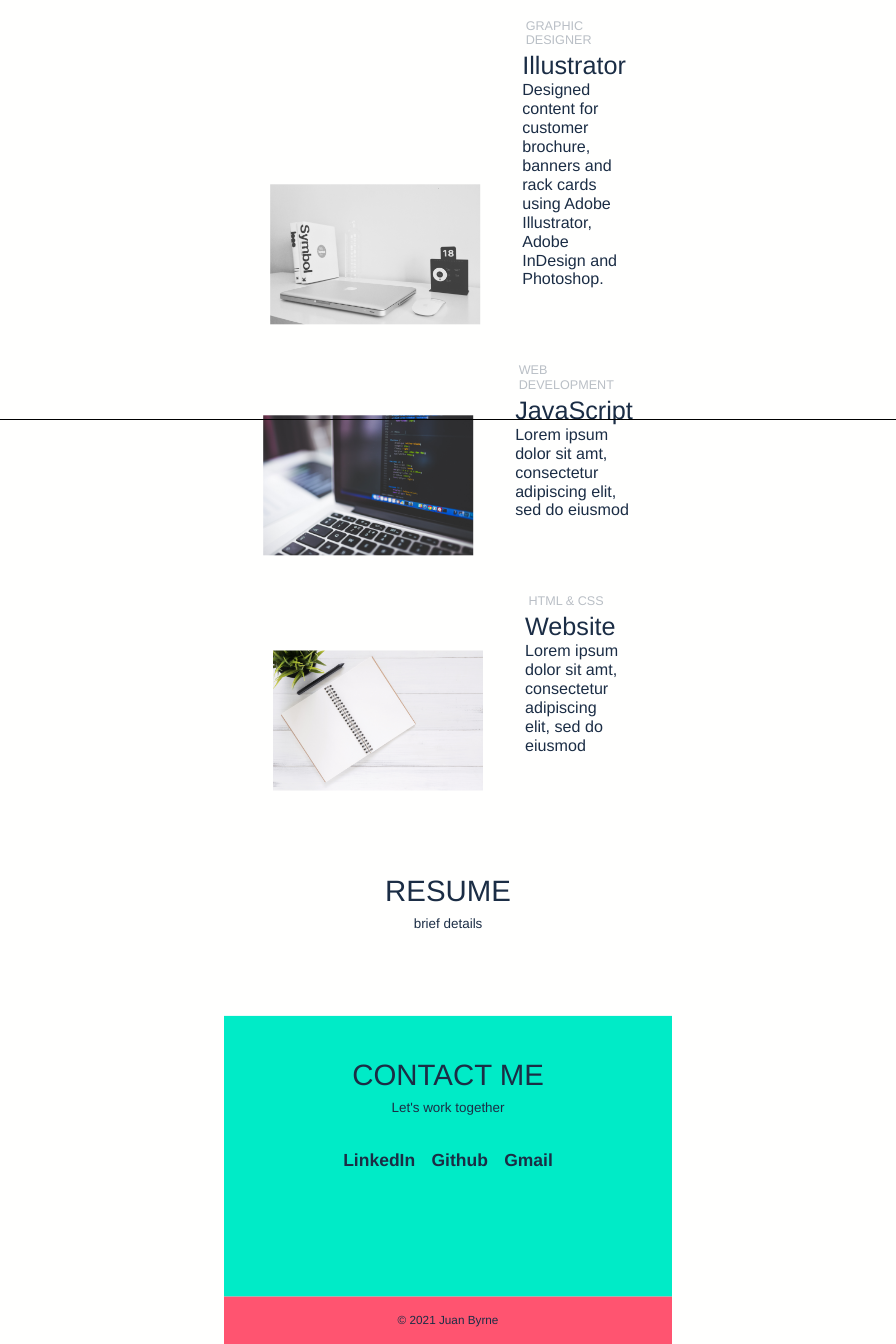
Repository: jb150524/JB-Portfolio
Page: index.html
An editor plug-in stored every save of this project. The page is shown before and after the next save, followed by the edit.
The browser window is 1280 px wide. The pictures show the part of the page from y = 2306 to 4226 px (the page is 4226 px tall before and 4081 px after), at 70% of full size.
Some icons come from a web library that is not loaded, so they are not drawn.

Above is the page before, as saved 2021-07-24 20:40:48.

After the next save:
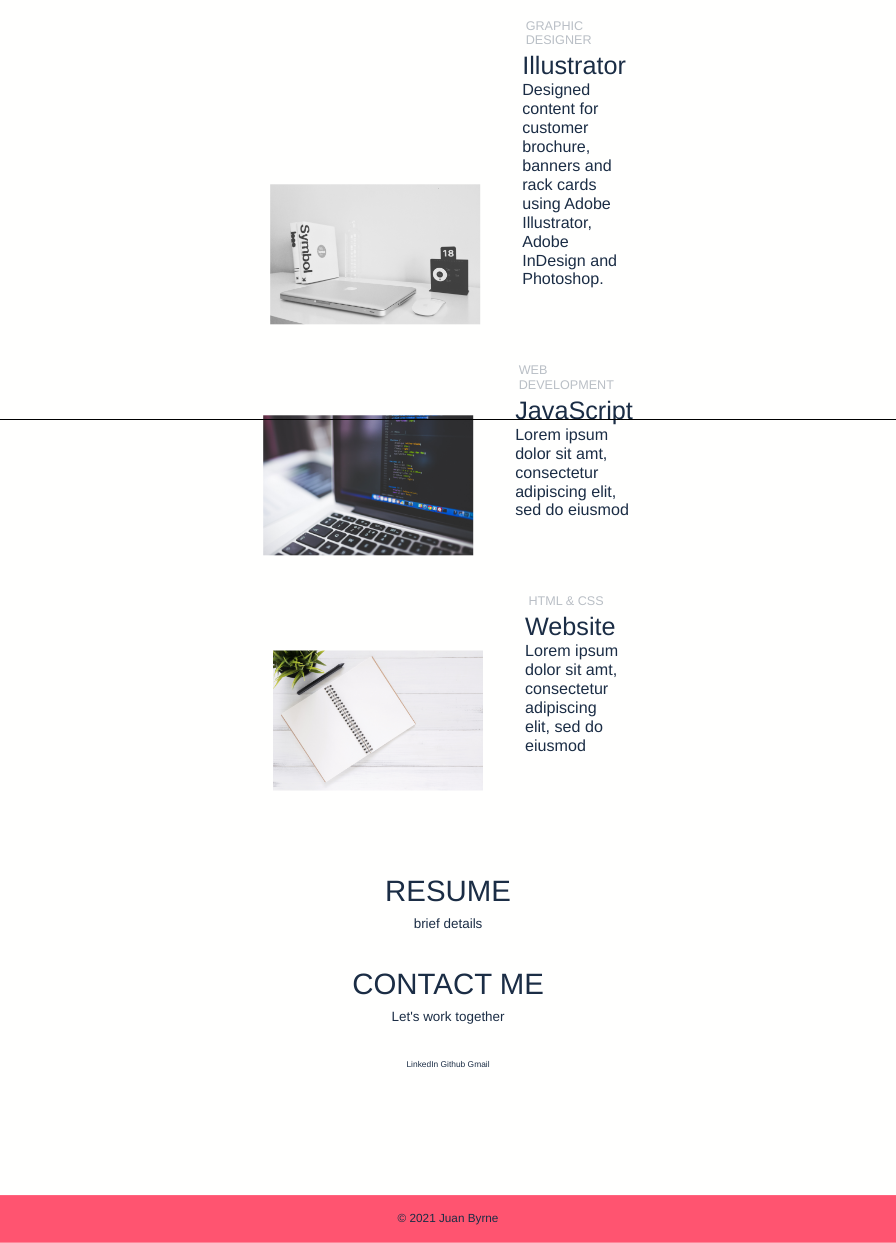
Saved 10 s later.
--- a/index.html
+++ b/index.html
@@ -139,7 +139,7 @@
         <div class="section-heading">
         <h1>Resume</h1>
         <h6>brief details</h6>
-        <p><a href="JByrne Resume 2021 FINAL 2.pdf" alt=""></a></p>
+        <p><a href="JByrne Resume 2021 FINAL 2.pdf" alt="></a></p>
       </div>
 
     <section class="contact" id="contact">

After the save that followed:
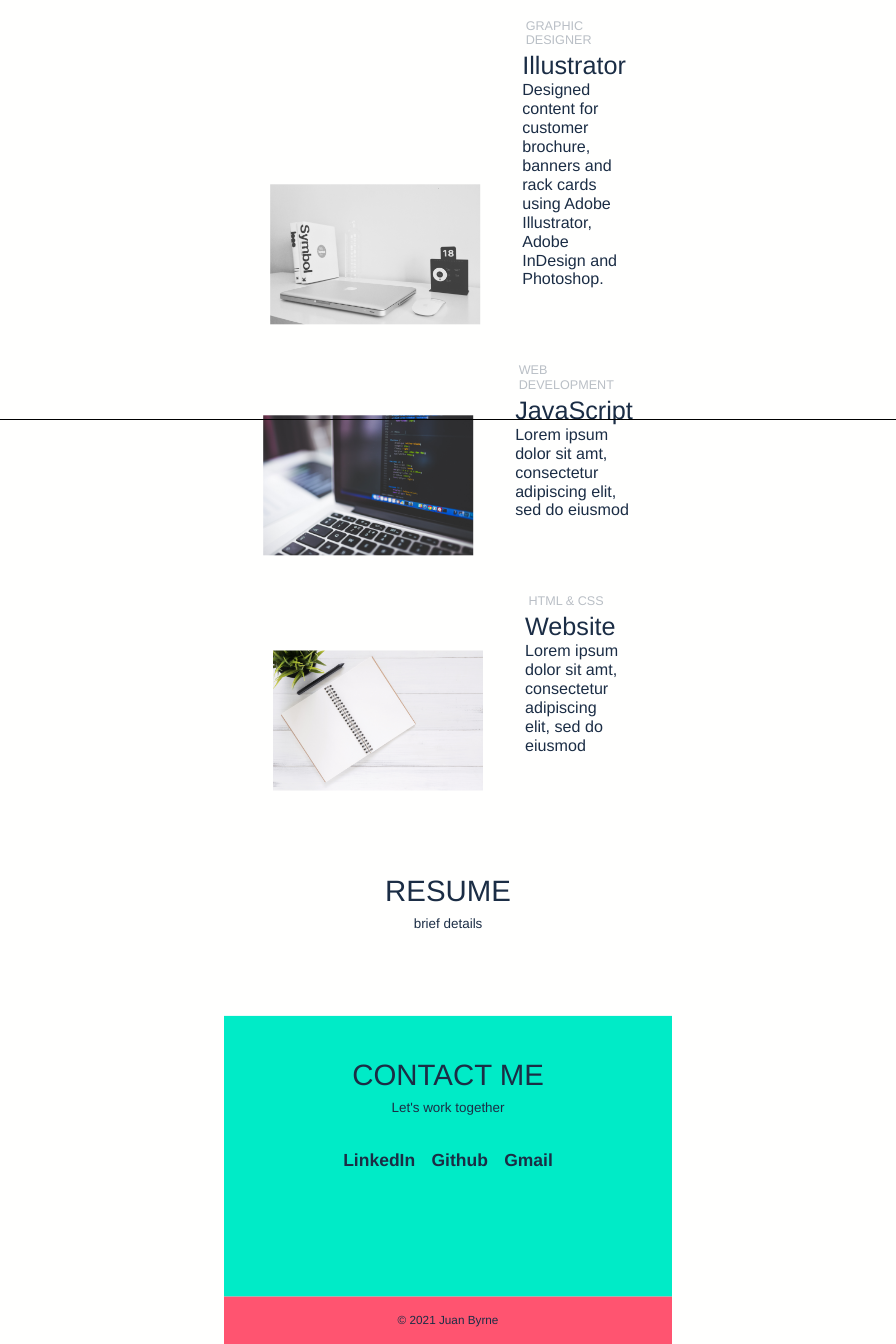
Saved 5 s later.
--- a/index.html
+++ b/index.html
@@ -139,7 +139,7 @@
         <div class="section-heading">
         <h1>Resume</h1>
         <h6>brief details</h6>
-        <p><a href="JByrne Resume 2021 FINAL 2.pdf" alt="></a></p>
+        <p><a href="JByrne Resume 2021 FINAL 2.pdf"></a></p>
       </div>
 
     <section class="contact" id="contact">
